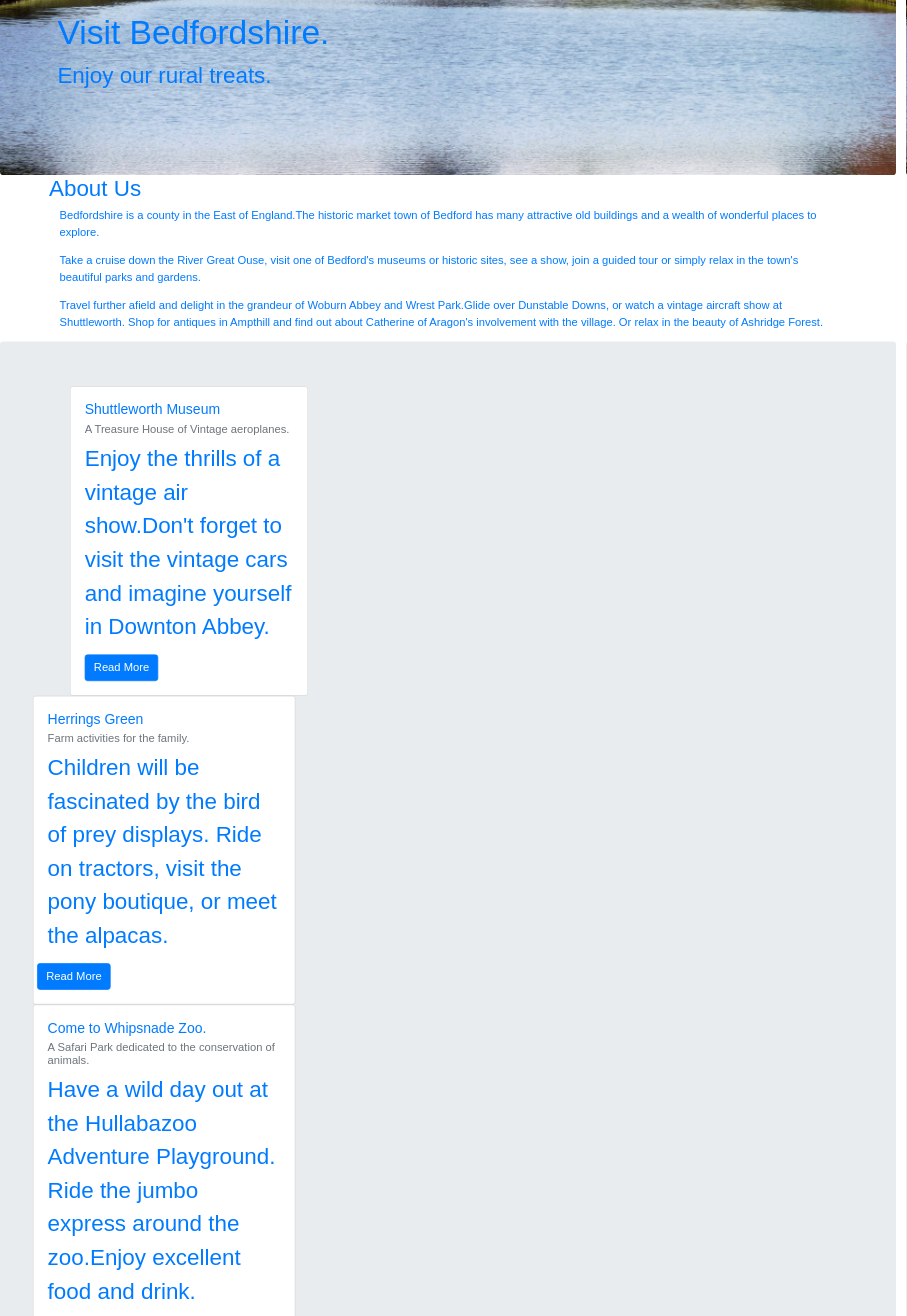
Repository: margaretalice/wrest
Page: index.html
The author's editor kept a record of every edit. The page is drawn from the files as they stood at one moment, then again after the next edit.
The browser window is 1280 px wide. The page is 1295 px wide, so the pictures cover 1295 px, including what lies to the right of the window. The pictures show the part of the page from y = 470 to 2350 px (the page is 5124 px tall before and 5794 px after), at 70% of full size.
Backgrounds fixed to the window are drawn as part of the page.

Above is the page before.

After the next edit:
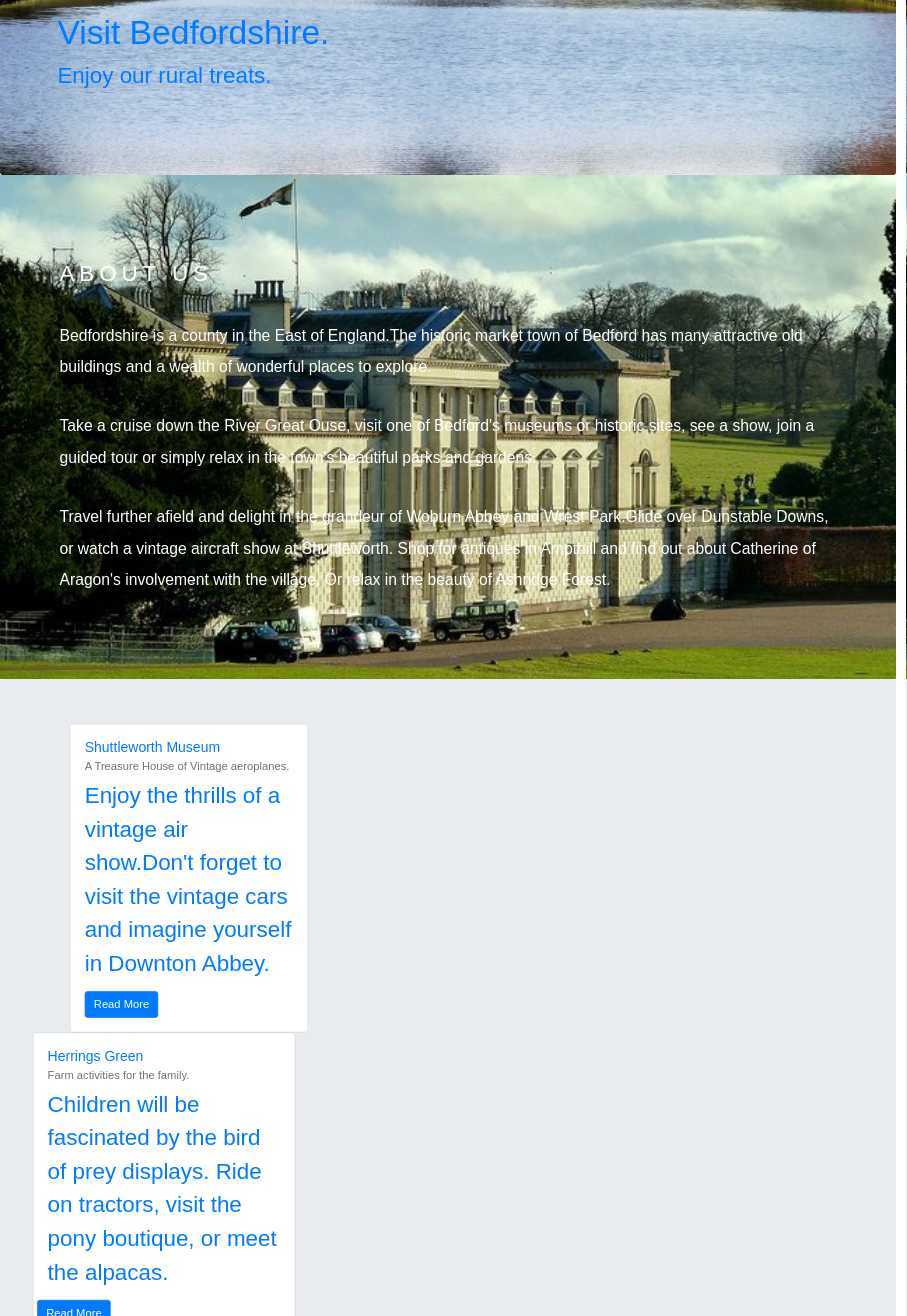
The edit:
--- a/assets/css/style.css
+++ b/assets/css/style.css
@@ -69,3 +69,63 @@ h1 {
 
 
 }
+.about-row {
+
+    padding-bottom: 10%;
+
+    font-size: 1.75em;
+
+    line-height: 2;
+    color:#ffffff;
+
+}
+
+
+
+h2 {
+
+    margin-left: 15px;
+
+    margin-top: 15%;
+
+    letter-spacing: 7px;
+
+    text-transform: uppercase;
+
+}
+
+
+
+.about-row .about-p {
+
+    font-size: .8em;
+
+    margin: 40px 0px 40px 0px;
+    color:#ffffff;
+
+}
+ #info {
+
+
+   height: 100vh;
+
+
+
+    background: url('../images/Woburn Abbey.jpg') no-repeat center center fixed;
+
+    -webkit-background-size: cover;
+
+    -moz-background-size: cover;
+
+    -o-background-size: cover;
+
+    background-size: cover;
+
+
+
+    display: flex;
+
+    align-items: center;
+
+    justify-content: center;
+}
